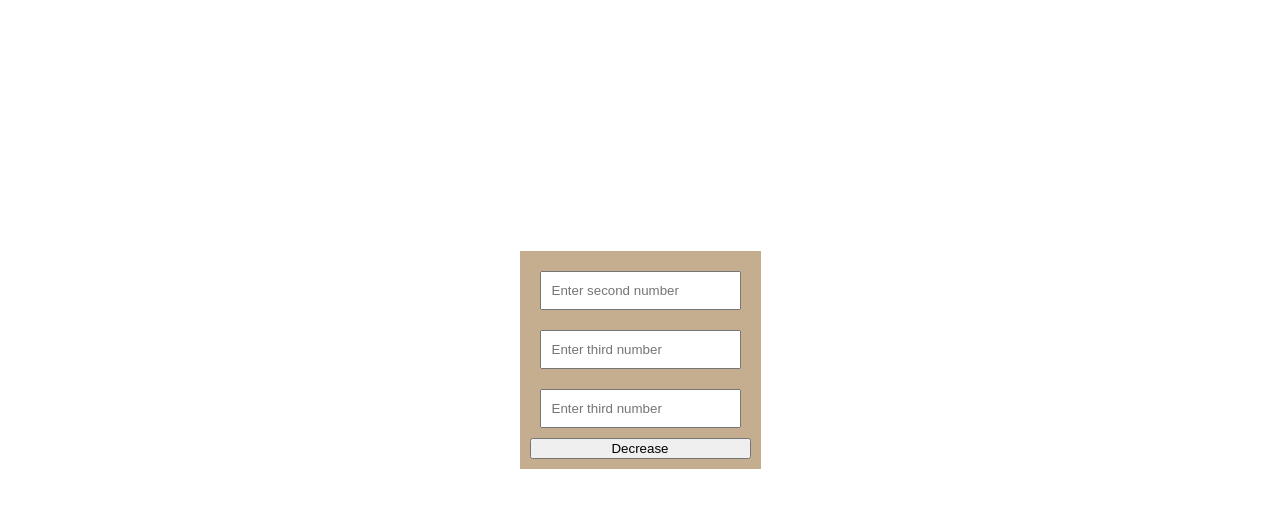
Repository: purnimapatel/SI-calculator
Page: /
The author's editor kept a copy of each file at every save. The page is drawn from the files as they stood at one save, then again after the next save.
The browser window is 1280 px wide. The pictures show the whole page.
The project was rebuilt for these pictures with package versions that can differ from the ones it lists, and the page was loaded fresh each time.

Above is the page before, as saved 2024-08-26 11:27:02.

### src/App.jsx
import logo from './logo.svg';
import './App.css';
import { useState } from 'react';

function App() {
  const[rate, setRate]=(useState(''));
  const[principle, setPrinciple]=(useState());
  const[time, setTime]=(useState(''));
  const[res, setRes]=(useState(''));
  return(

    <div className="container">
    <div className="container1">
    <div>
    {res}
    </div>


    <input
        type="number"
        id = "field"
        value={rate}
        onChange={(e) => setRate(Number(e.target.value))}
        placeholder="Enter second number"
      />
      <input
        type="number"
        id="field"
        value={principle}
        onChange={(e) => setPrinciple(Number(e.target.value))}
        placeholder="Enter third number"
      />
      <input
        type="number"
        id = "field"
        value={time}
        onChange={(e) => setTime(Number(e.target.value))}
        placeholder="Enter third number"
      />
    <button className='btn2' onClick={result}>Decrease</button>
    </div>
    </div>

  )
  function result(){

    setRate('');
    setPrinciple('');
    setTime('');
    setRes((rate*principle*time)/100)

}




}


export default App;

### src/App.css
.App {
  text-align: center;

}
.container{
  display: flex;
  justify-content: center;
  align-items:center;
  height:100vh;

}
.container1{

  background-color:rgb(197, 174, 144);
  display:flex;

  flex-direction: column;
  height: auto;
  width:auto;
  padding:10px;

}
input[type=number]::-webkit-outer-spin-button,
input[type=number]::-webkit-inner-spin-button {
    -webkit-appearance: none;
    margin: 0;
}

/* Remove the spinner in Firefox */
input[type=number] {
    -moz-appearance: textfield;
}
#field{
  margin:10px;
  padding:10px;
}

Loaded but not shown: public/index.html (common file); src/index.js (common file); src/index.css (common file); src/reportWebVitals.js (common file)

After the next save:
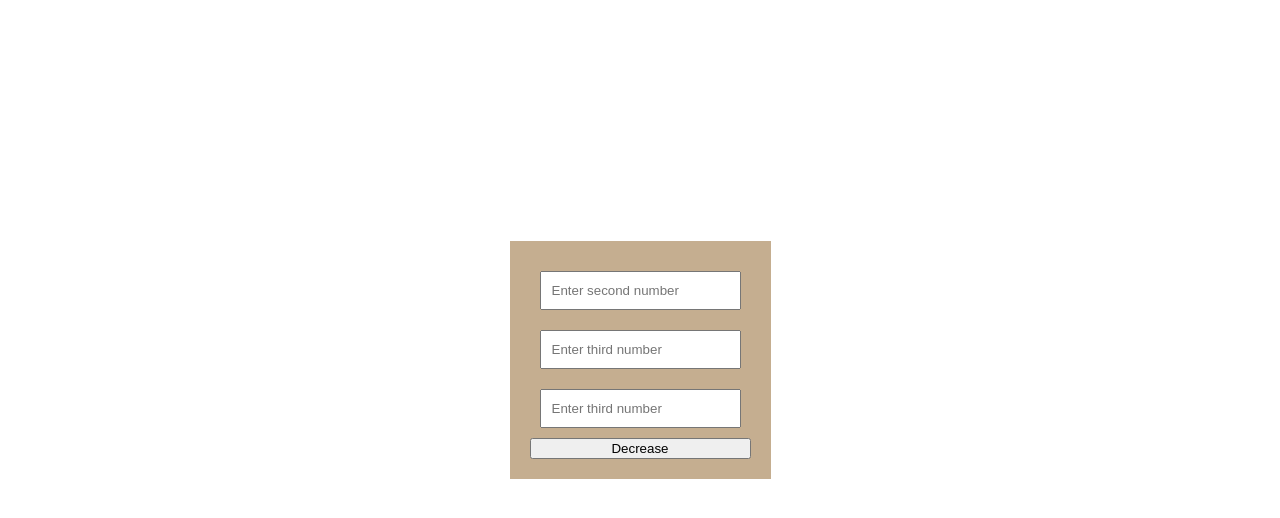
Saved 10 s later.
--- a/src/App.css
+++ b/src/App.css
@@ -17,7 +17,7 @@
   flex-direction: column;
   height: auto;
   width:auto;
-  padding:10px;
+  padding:20px;
 
 }
 input[type=number]::-webkit-outer-spin-button,
